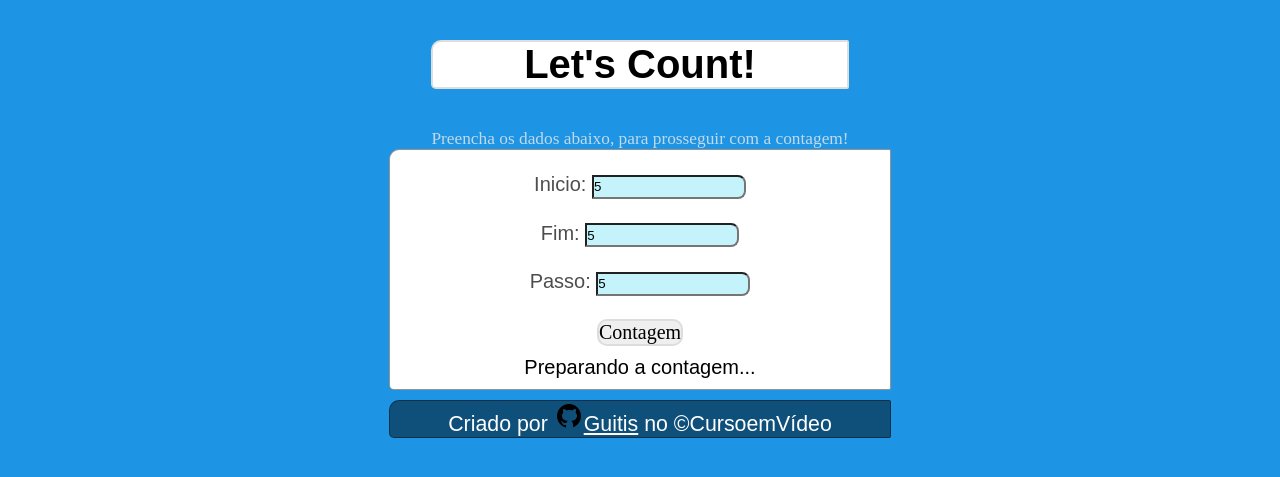
Repository: Guitis/Java-Script
Page: modelos/modelo002/ex17.html
The author's editor kept a copy of each file at every save. The page is drawn from the files as they stood at one save, then again after a run of saves.
The browser window is 1280 px wide. The pictures show the whole page.
Empty fields were first filled with sample values (such as "Sample", 5 or name@example.com).
After loading, the first visible `#button` was clicked once.

Above is the page before, as saved 2023-02-19 13:46:17.
Console error: SyntaxError: Unexpected token '}'

After the next 3 saves:
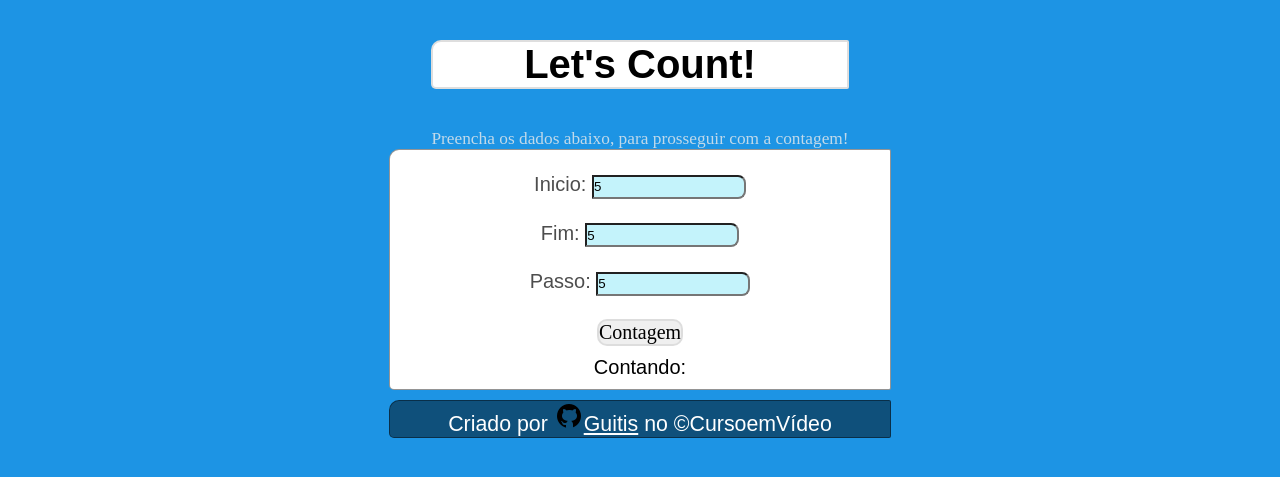
The error is gone.
The 3 saves are shown as one change because they came seconds apart.
The last was saved 14 s later.
--- a/modelos/modelo002/java-script/javascript.js
+++ b/modelos/modelo002/java-script/javascript.js
@@ -13,6 +13,8 @@ function contar() { //contar() no html [e o button]
         let f = Number(fim.value)
         let p = Number(passo.value)
 
-        for(let c=i; c<=f; c<=p)
+        for(let c=i; c<=f; c+=p){
+
+        }
     }
 }
